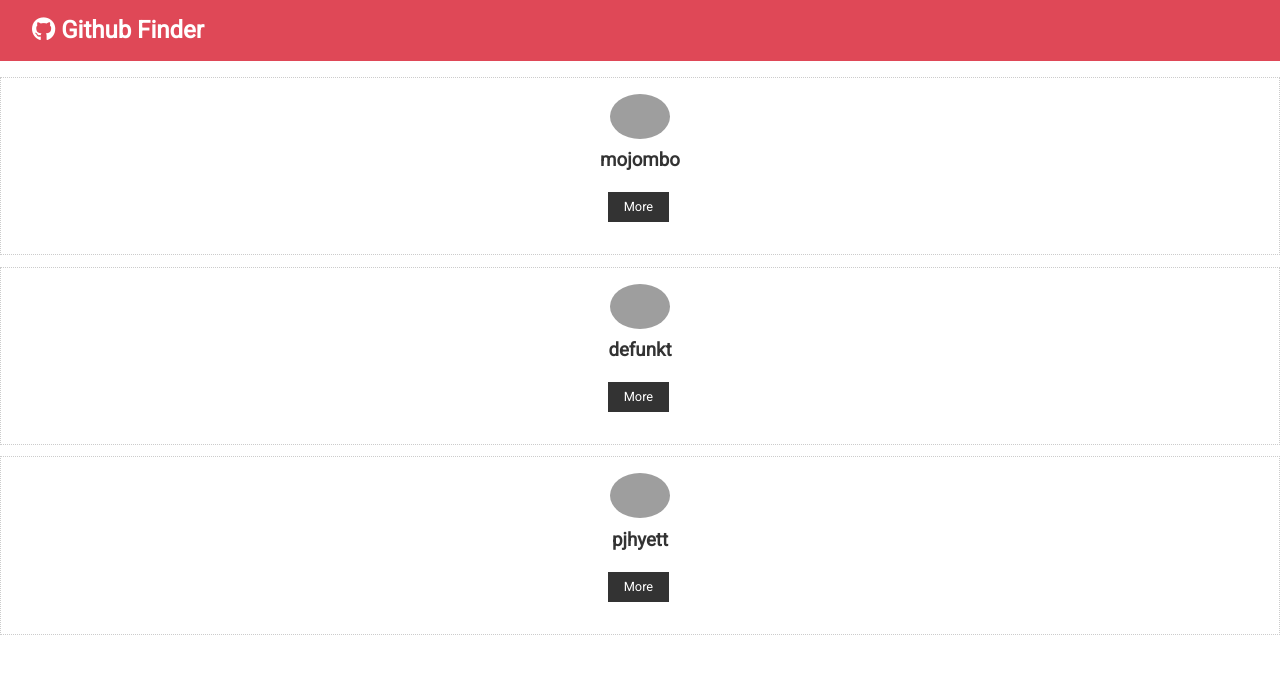
Repository: chonax/github-finder
Page: /
The author's editor kept a copy of each file at every save. The page is drawn from the files as they stood at one save, then again after a run of saves.
The browser window is 1280 px wide. The pictures show the whole page.
Pictures or frames that could not be fetched are drawn as grey boxes. Some web libraries are served in a nearby version. The project was rebuilt for these pictures with package versions that can differ from the ones it lists, and the page was loaded fresh each time.

Above is the page before, as saved 2021-08-22 20:57:10.

### public/index.html
<!DOCTYPE html>
<html lang="en">
  <head>
    <meta charset="utf-8" />
    <link rel="icon" href="%PUBLIC_URL%/favicon.ico" />
    <meta name="viewport" content="width=device-width, initial-scale=1" />
    <meta name="theme-color" content="#000000" />
    <meta
      name="description"
      content="Web site created using create-react-app"
    />
    <link rel="apple-touch-icon" href="%PUBLIC_URL%/logo192.png" />

    <link rel="manifest" href="%PUBLIC_URL%/manifest.json" />
    <script src="https://kit.fontawesome.com/98884f96da.js" crossorigin="anonymous"></script>
    <title>Github Finder</title>
  </head>
  <body>
    <noscript>You need to enable JavaScript to run this app.</noscript>
    <div id="root"></div>
  </body>
</html>

### src/App.js
import React, { Component } from 'react';

import Navbar from './components/layout/Navbar';
import Users from './components/users/Users';
import './App.css';

class App extends Component {
  render() {
    return (
      <div className="App">
        <Navbar />
        <Users />
      </div>
    );
  }

}

export default App;

### src/components/layout/Navbar.js
import React, { Component } from 'react';
import PropTypes from 'prop-types';


class Navbar extends Component {
  static defaultProps = {
    title: 'Github Finder',
    icon: 'fab fa-github'
  }

  static propTypes = {
    title: PropTypes.string.isRequired,
    icon: PropTypes.string.isRequired
  }

  render() {
    return (
      <nav className="navbar bg-primary">
        <h1>
          <i className={this.props.icon} /> {this.props.title}
        </h1>
      </nav>
    )
  }
}

export default Navbar;

### src/components/users/Users.js
import React, { Component } from 'react';
import UserItem from './Useritem';

class Users extends Component {
  state = {
    users: [
      {
        id: '1',
        login: 'mojombo',
        avatar_url: 'https://avatars0.githubusercontent.com/u/1?v=4',
        html_url: 'https//github.com/mojombo',
      },
      {
        id: '2',
        login: 'defunkt',
        avatar_url: 'https://avatars0.githubusercontent.com/u/2?v=4',
        html_url: 'https//github.com/defunkt',
      },
      {
        id: '3',
        login: 'pjhyett',
        avatar_url: 'https://avatars0.githubusercontent.com/u/3?v=4',
        html_url: 'https//github.com/pjhyett',
      },
    ]
  }

  render() {
    return (
      <div>
        {this.state.users.map(user => (
          <UserItem key={user.id} user={user} />
        ))}
      </div>
    )
  }
}

export default Users

### src/components/users/Useritem.js
import React, { Component } from 'react';

class Useritem extends Component {
  render() {
    const { login, avatar_url, html_url } = this.props.user;

    return (
      <div className="card text-center">
        <img
          alt=""
          src={avatar_url}
          className="round-img"
          style={{width: '60px'}}
        />
        <h3>{login}</h3>
        <div>
          <a href={html_url} className="btn btn-dark btn-sm my-1">
            More
          </a>
        </div>
      </div>
    )
  }
}

export default Useritem;

Loaded but not shown: src/index.js (common file); src/reportWebVitals.js (common file); src/App.css (common file)

After the next 2 saves:
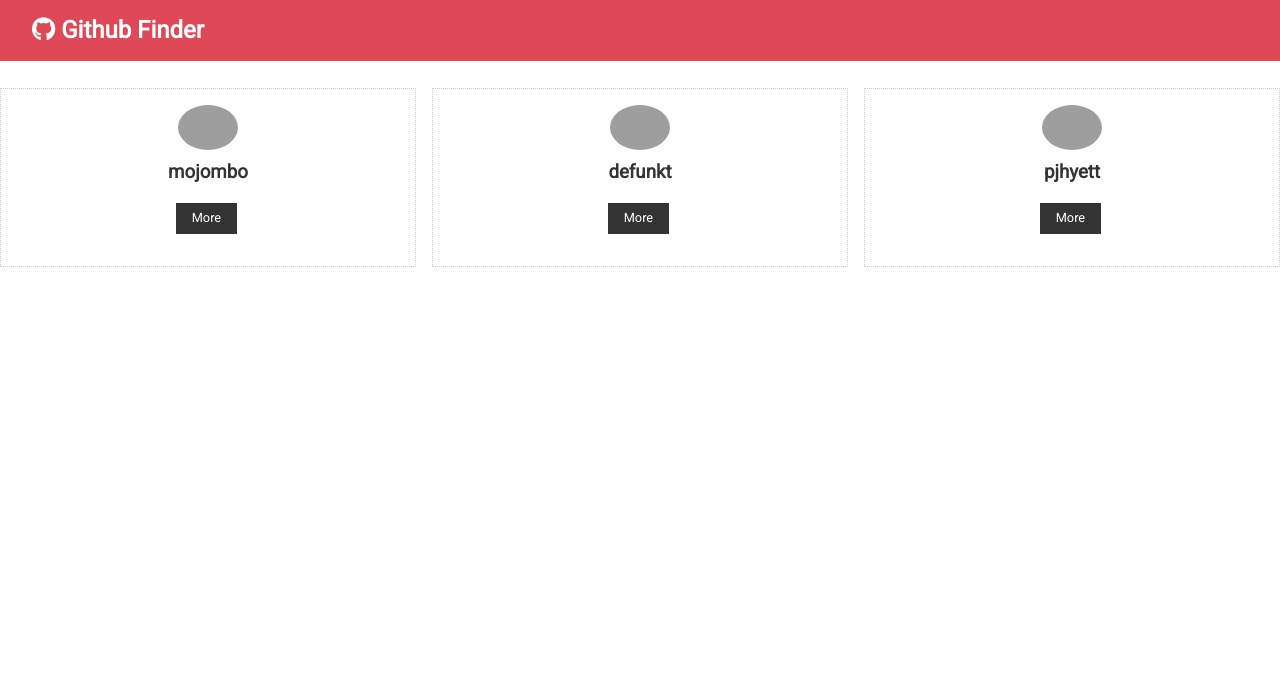
The 2 saves are shown as one change because 1 did not build or start.
The last was saved 2 min 57 s later.
--- a/src/components/users/Users.js
+++ b/src/components/users/Users.js
@@ -27,7 +27,7 @@
 
   render() {
     return (
-      <div>
+      <div style={userStyle}>
         {this.state.users.map(user => (
           <UserItem key={user.id} user={user} />
         ))}
@@ -36,4 +36,10 @@
   }
 }
 
-export default Users
+const userStyle = {
+  display: 'grid',
+  gridTemplateColumns: 'repeat(3, 1fr)',
+  gridGap: '1rem',
+}
+
+export default Users;
